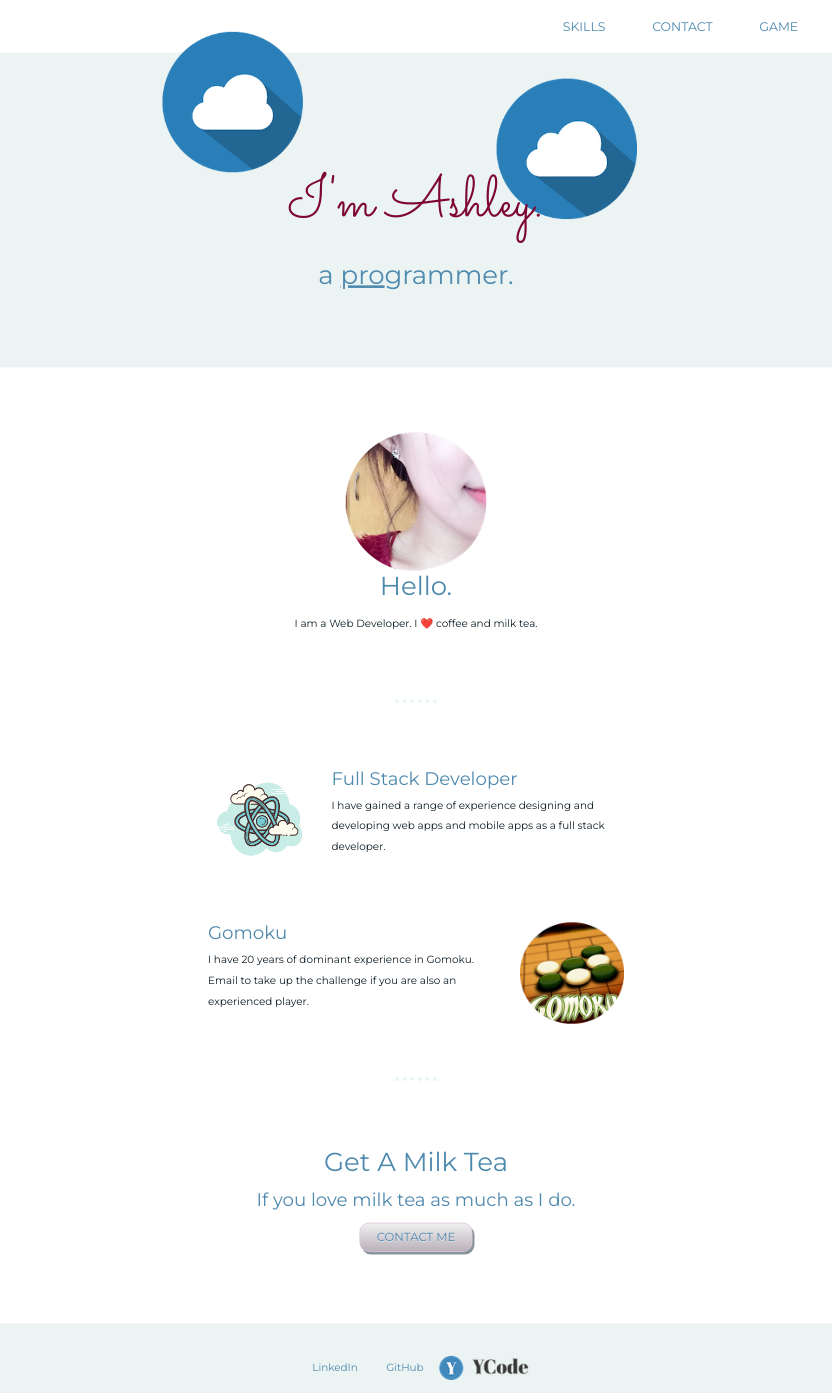
Repository: nosugarpls/YCode-my-website
Page: index.html
These files come from the project's save history. The page is drawn as it stood at one moment and after the next save; the edit follows.
The browser window is 1280 px wide. The pictures show the whole page, at 65% of full size.

Above is the page before, as saved 2020-09-25 10:12:16.

After the next save:
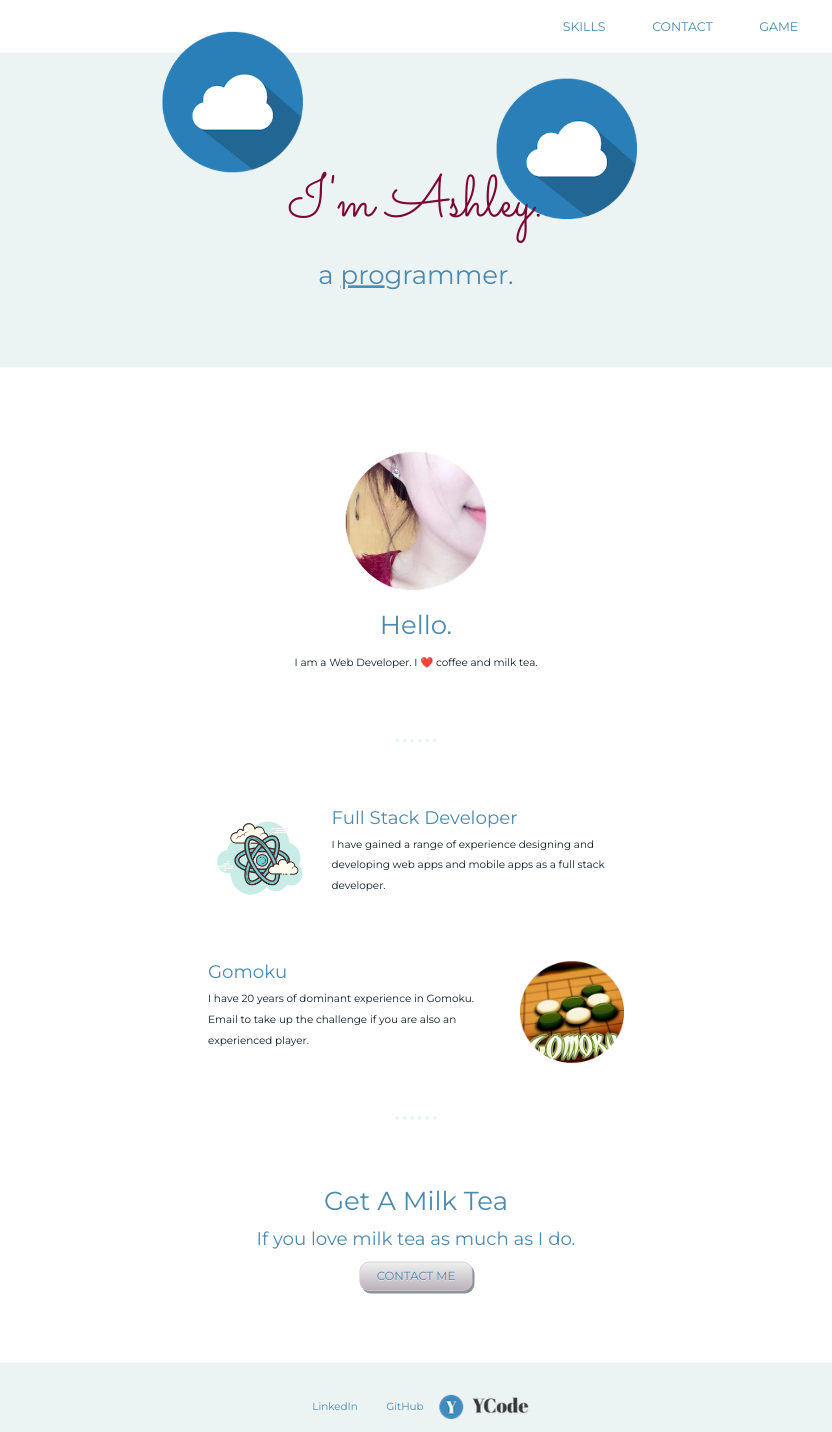
Saved 29 s later.
--- a/css/styles.css
+++ b/css/styles.css
@@ -48,6 +48,11 @@ a {
 }
 
 .big-title {
+  padding-top: 30px;
+  padding-bottom: 30px;
+}
+
+.avatar {
   padding-top: 30px;
   padding-bottom: 30px;
 }

After the save that followed:
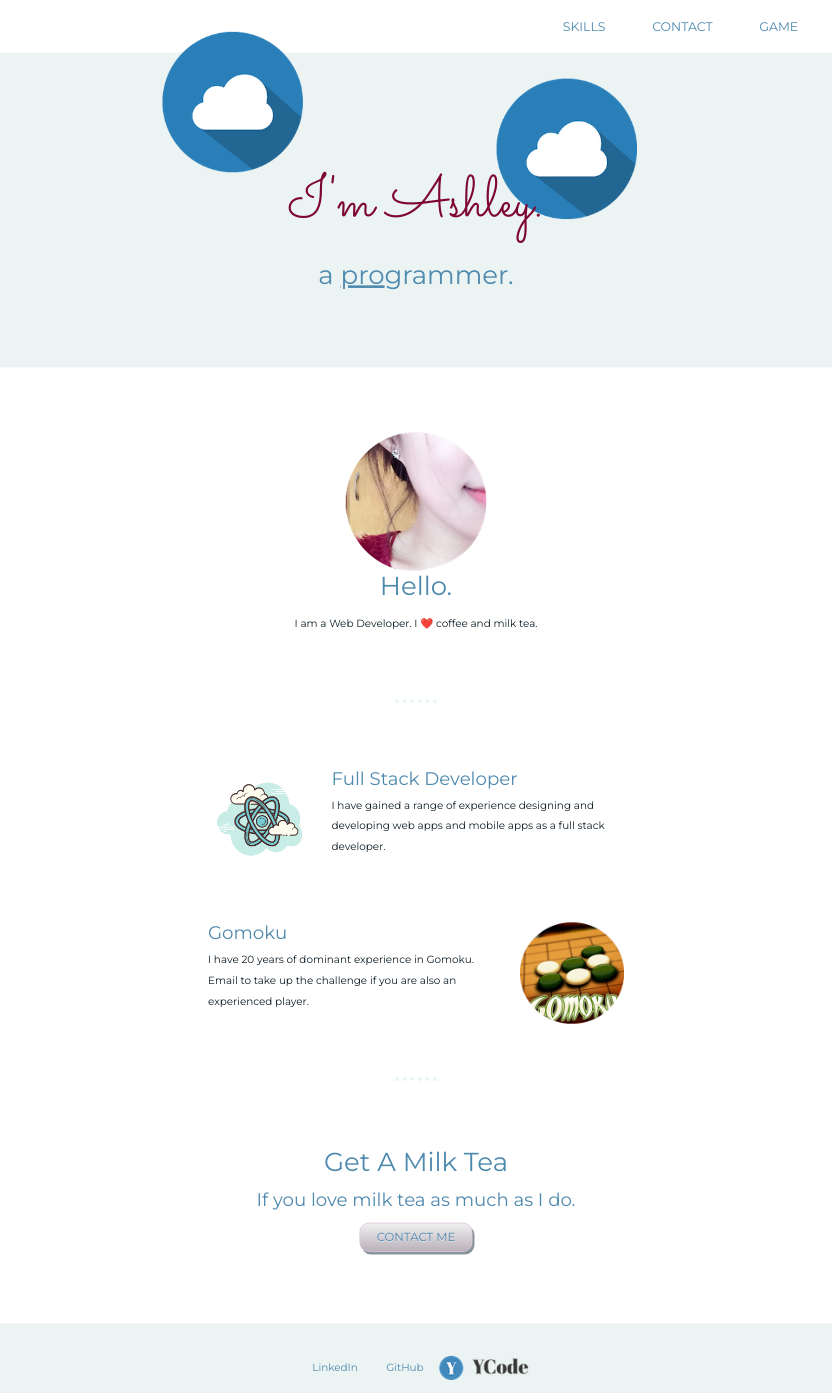
Saved 47 s later.
--- a/css/styles.css
+++ b/css/styles.css
@@ -52,10 +52,10 @@ a {
   padding-bottom: 30px;
 }
 
-.avatar {
+/* .avatar {
   padding-top: 30px;
   padding-bottom: 30px;
-}
+} */
 
 
 .top-container {
